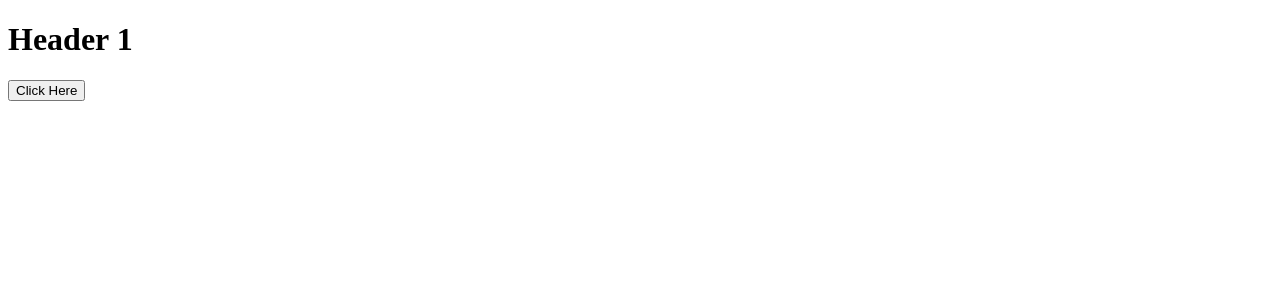
Repository: beefybroccoli/vanilla_javascript
Page: index.html
An editor plug-in stored every save of this project. The page is shown before and after a run of saves, followed by the edit.
The browser window is 1280 px wide. The pictures show the whole page.

Above is the page before, as saved 2022-04-19 13:07:32.
Console error: SyntaxError: Unexpected token 'export'

### index.html
<!DOCTYPE html>
<html>
    <head>
        <title>Sample Data Retrieval</title>

    </head>
    <body>

        <h1>Header 1</h1>
        <button type="button" onclick=getUserData;> Click Here </button>

        <script type="text/javascript" src="./service.js"></script>
    </body>
</html>

### service.js
const API = "https://jsonplaceholder.typicode.com";

export function getUserData(){
    return await fetch(API)
    .then((response) => {
      localStorage.setItem("userData", response.json());
      console.log(localStorage.getItem("userData"));
    })
    .catch((err) => console.log(err));
}

After the next 2 saves:
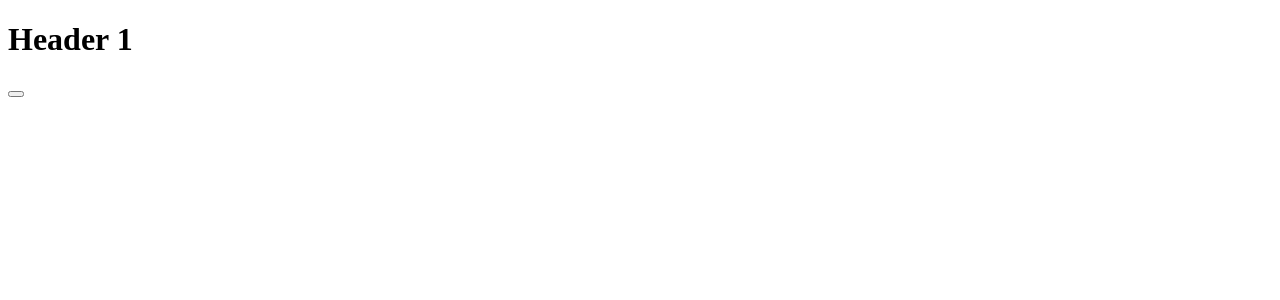
Console error (its wording comes from the project's code and is left out).
The 2 saves are shown as one change because they came seconds apart.
The last was saved 52 s later.
--- a/index.html
+++ b/index.html
@@ -7,7 +7,7 @@
     <body>
 
         <h1>Header 1</h1>
-        <button type="button" onclick=getUserData;> Click Here </button>
+        <button type="button" onclick="getUserData()> Click Here </button>
 
         <script type="text/javascript" src="./service.js"></script>
     </body>

After the 2 saves that followed:
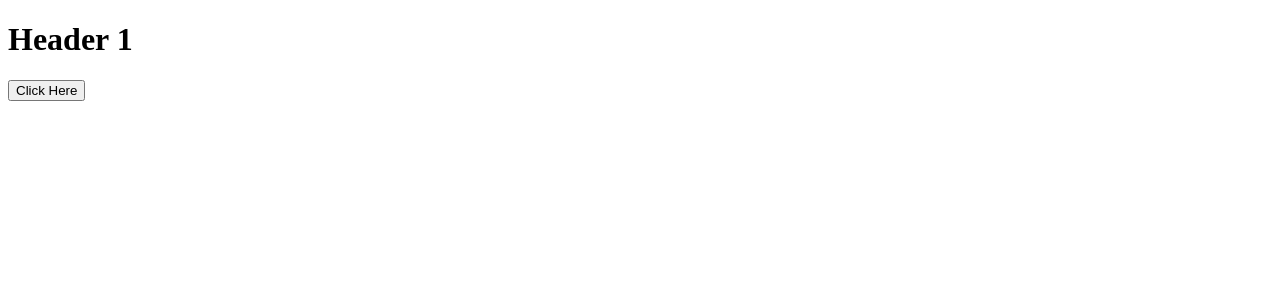
Console error: SyntaxError: Unexpected token 'export'
The 2 saves are shown as one change because they came seconds apart.
The last was saved 6 s later.
--- a/index.html
+++ b/index.html
@@ -7,7 +7,7 @@
     <body>
 
         <h1>Header 1</h1>
-        <button type="button" onclick="getUserData()> Click Here </button>
+        <button type="button" onclick="getUserData()"> Click Here </button>
 
         <script type="text/javascript" src="./service.js"></script>
     </body>
